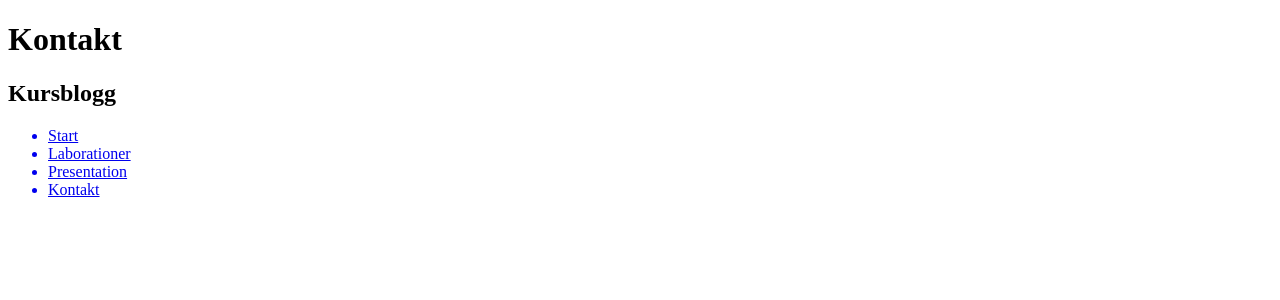
Repository: jt222ia/1ik415-jt222ia-laborationer
Page: pages/laborationer.html
The author's editor kept a record of every edit. The page is drawn from the files as they stood at one moment, then again after the next edit.
The browser window is 1280 px wide. The pictures show the whole page.

Above is the page before.

### pages/laborationer.html
<!DOCTYPE html>
<html>
    <head>
        <meta charset="utf-8" />
        <title>Min kursblogg - Laborationer</title>

    </head>
    <body>
        <h1>Kontakt</h1>

            <h2>Kursblogg</h2>

            <ul>
                <a href="index.html"><li>Start</li></a>
                <a href="laborationer.html"><li>Laborationer</li></a>
                <a href="presentation.html"><li>Presentation</li></a>
                <a href="kontakt.html"><li>Kontakt</li></a>
            </ul>
    </body>
</html>

After the next edit:
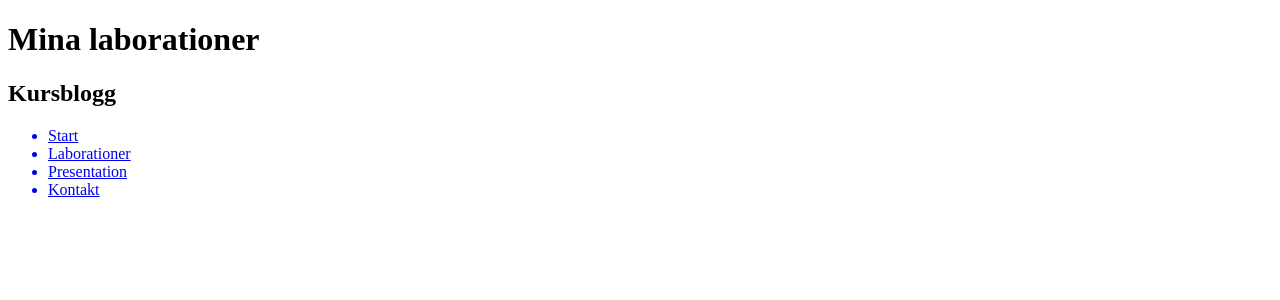
The edit:
--- a/pages/laborationer.html
+++ b/pages/laborationer.html
@@ -6,7 +6,7 @@
 
     </head>
     <body>
-        <h1>Kontakt</h1>
+        <h1>Mina laborationer</h1>
 
             <h2>Kursblogg</h2>
 
